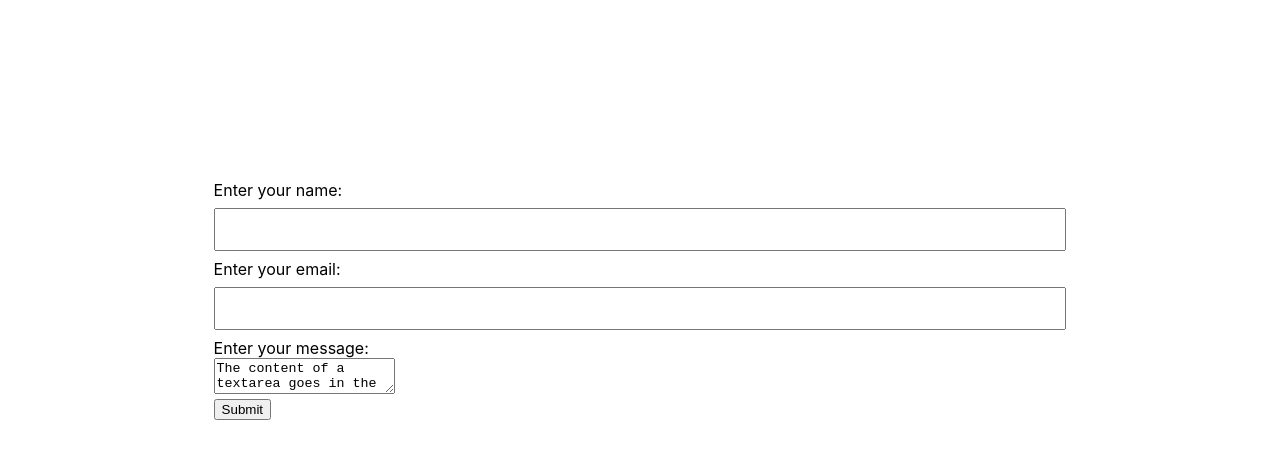
Repository: AddamVictorioDev/ProfileWebsite
Page: /form (app in con/)
These files come from the project's save history. The page is drawn as it stood at one moment and after the next save; the edit follows.
The browser window is 1280 px wide. The pictures show the whole page.
The project was rebuilt for these pictures with package versions that can differ from the ones it lists, and the page was loaded fresh each time. Also part of the build but not shown: con/src/App.css, con/src/home.css, con/src/home.js, con/src/addam.css, con/src/addam.js, con/src/usescripts.js, con/src/projects.js.

Above is the page before, as saved 2023-03-16 18:42:12.

### con/src/index.css
body {
  margin: 0;
  font-family: -apple-system, BlinkMacSystemFont, 'Segoe UI', 'Roboto', 'Oxygen',
    'Ubuntu', 'Cantarell', 'Fira Sans', 'Droid Sans', 'Helvetica Neue',
    sans-serif;
  -webkit-font-smoothing: antialiased;
  -moz-osx-font-smoothing: grayscale;
  /* background-image: url("/Users/addamvictorio/con/src/waterdropwallpp.jpg"); */
  /* background-color: #ffffff; */

}

code {
  font-family: source-code-pro, Menlo, Monaco, Consolas, 'Courier New',
    monospace;
}

### con/src/App.js
import logo from './logo.svg';
import './App.css';
import HomePage from './home';
import Addam from './addam';

import {
  BrowserRouter,
  Routes,
  Route
} from "react-router-dom";
import Projects from './projects';
import MyForm from './form';

function App() {

  return (

    <BrowserRouter>
      <Routes>


      <Route exact path="/" element={<Addam />}  />
      <Route path="projects" element={<Projects />} />
      <Route path="form" element={<MyForm />} />

      </Routes>


  </BrowserRouter>

  );
}

export default App;

### con/src/form.js
import { useState } from 'react';
import ReactDOM from 'react-dom/client';
import './form.css'

function MyForm() {
  const [inputs, setInputs] = useState({});
  const [textarea, setTextarea] = useState(
    "The content of a textarea goes in the value attribute"
  );

  const handleChange = (event) => {
    const name = event.target.name;
    const value = event.target.value;
    setInputs(values => ({...values, [name]: value}))
  }

  const handleSubmit = (event) => {
    event.preventDefault();
    alert(inputs);
  }

  return (
    <div className="center">
    <form onSubmit={handleSubmit}>
      <label>Enter your name:
      <input
        type="text"
        name="username"
        value={inputs.username || ""}
        onChange={handleChange}
      />
      </label>
      <label>Enter your email:
        <input
          type="text"
          name="age"
          value={inputs.age || ""}
          onChange={handleChange}
        />
        </label>
        <label>Enter your message:
        <form>
      <textarea value={textarea} onChange={handleChange} />
    </form>
      </label>
        <input type="submit" />
    </form>
    </div>
  )
}

export default MyForm;

### con/src/projects.css
.center{
    display: grid;
    justify-content: center;
    align-items: center;


}
.photo-grid {
    display: flex;
    height: 100%;

    border-radius: 10px;
    border-color: black;

    flex-wrap: wrap;
    justify-content: center;
    align-items: center;
    gap: 10px;
    background-color: blueviolet;
  }

  .photo-item {
    height: 100%;


    position: relative;




    overflow: auto;
  }

  img {
    width: 100%;
    height: 100%;


    object-fit: cover;
  }
  .img-text {
    position: absolute;
    width: 100%;
    bottom: 10px;

    color: white;
    background-color: rgb(199, 6, 6);
    padding: 10px;
  }

### con/src/form.css

.container{
    justify-content: center;
    align-items:center;
    background-color: aquamarine;
}

.center{
    display: grid;
    place-items: center;
    height: 600px;

}




input[type=text] {

    width: 100%;
    padding: 12px 20px;
    margin: 8px 0;
    box-sizing: border-box;
  }

Loaded but not shown: con/public/index.html (common file); con/src/index.js (common file); con/src/reportWebVitals.js (common file)

After the next save:
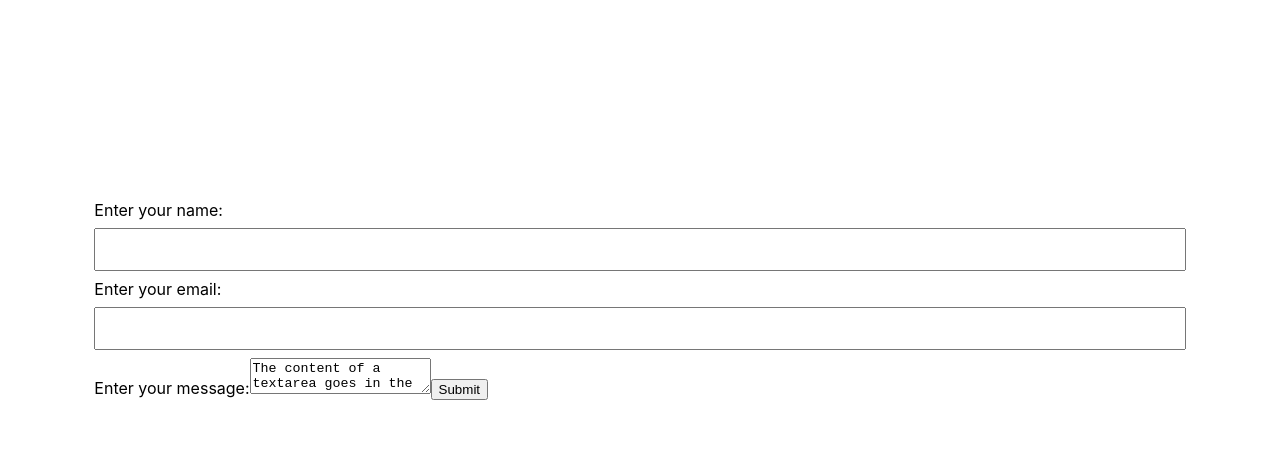
Saved 12 s later.
--- a/con/src/form.js
+++ b/con/src/form.js
@@ -39,9 +39,9 @@ function MyForm() {
         />
         </label>
         <label>Enter your message:
-        <form>
+
       <textarea value={textarea} onChange={handleChange} />
-    </form>
+
       </label>
         <input type="submit" />
     </form>
